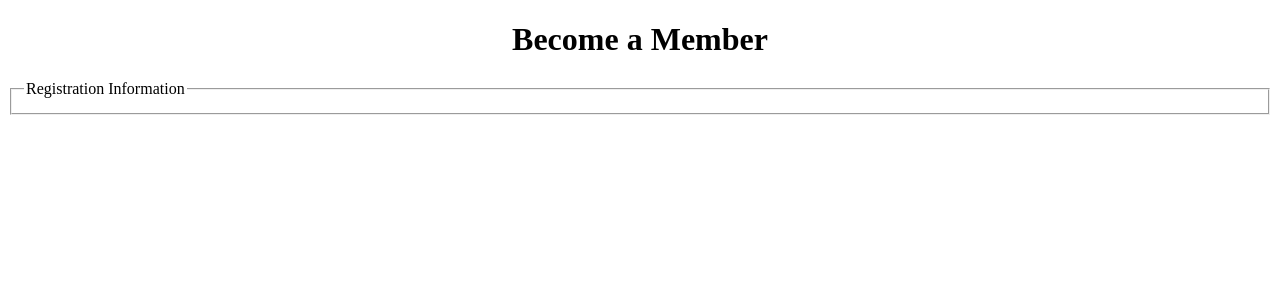
Repository: kjungyoun/Web_Study_2021
Page: homework_front/WebContent/0302/0302.html
These files come from the project's save history. The page is drawn as it stood at one moment and after the next save; the edit follows.
The browser window is 1280 px wide. The pictures show the whole page.

Above is the page before, as saved 2021-03-02 08:41:52.

### homework_front/WebContent/0302/0302.html
<!DOCTYPE html>
<html>
<head>
<meta charset="UTF-8">
<title>Become a Member</title>
</head>
<body>
<header>
	<h1 align="center">
		Become a Member
	</h1>
</header>
<form action="index.html">
	<fieldset>
		<legend>Registration Information</legend>
	</fieldset>
</form>
</body>
</html>

After the next save:
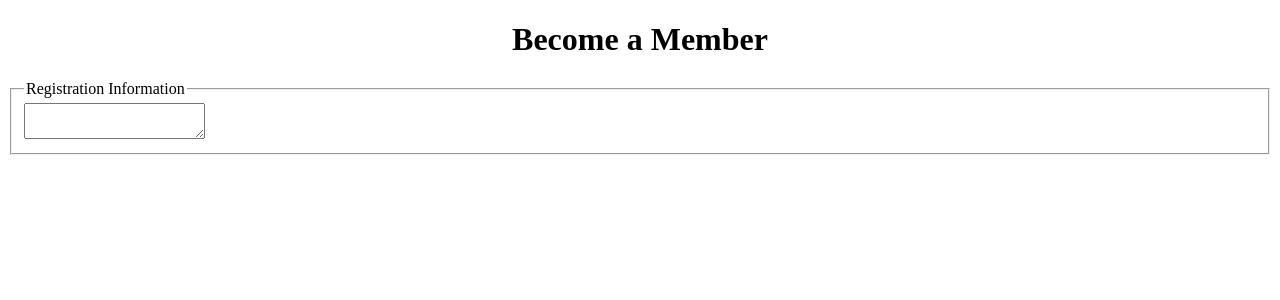
Saved 2 min 25 s later.
--- a/homework_front/WebContent/0302/0302.html
+++ b/homework_front/WebContent/0302/0302.html
@@ -13,6 +13,13 @@
 <form action="index.html">
 	<fieldset>
 		<legend>Registration Information</legend>
+		<table>
+			<tbody>
+				<tr>
+					<textarea></textarea>
+				</tr>
+			</tbody>
+		</table>
 	</fieldset>
 </form>
 </body>
